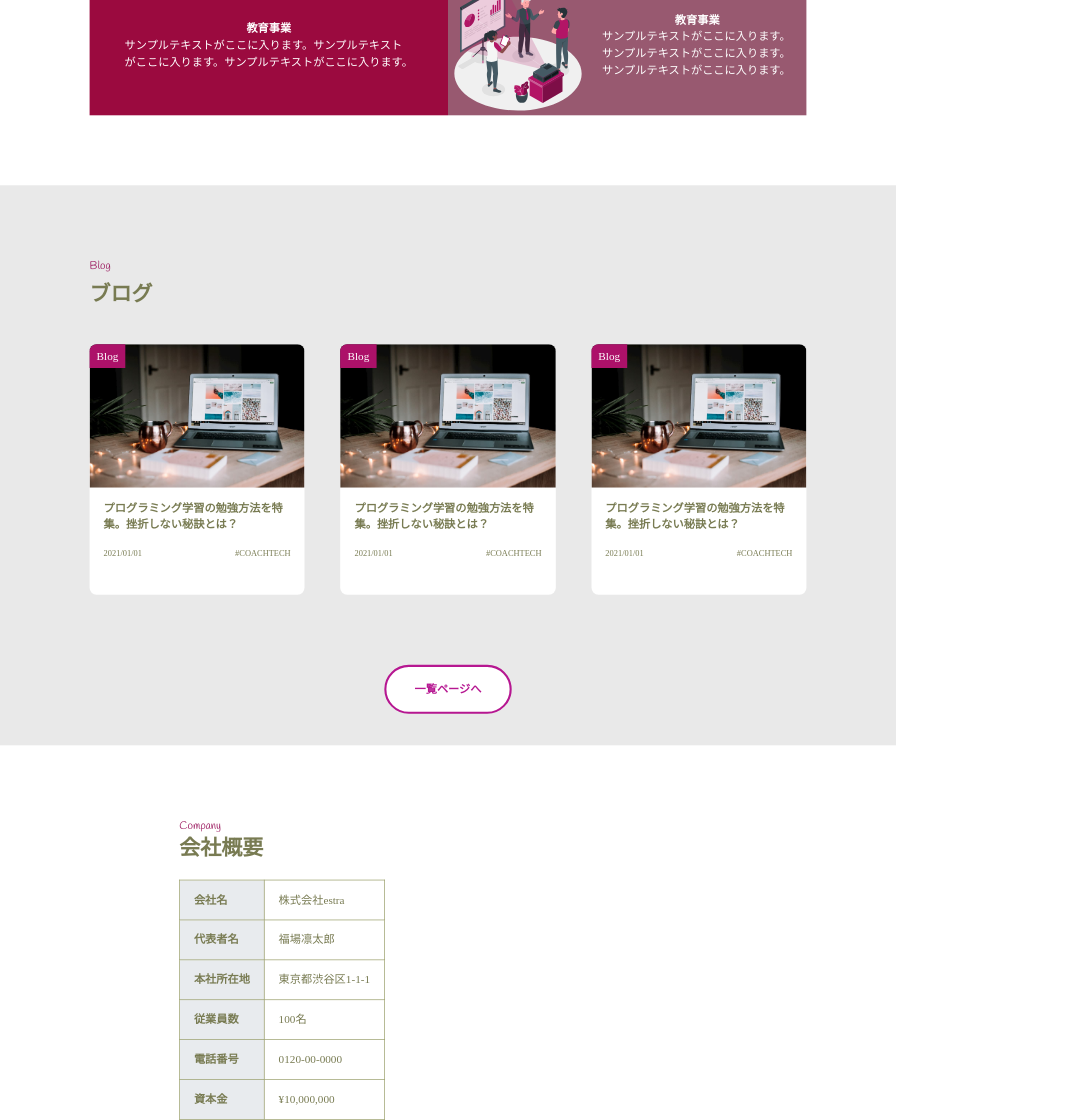
Repository: masanarimiura/20220504miura
Page: index.html
The author's editor kept a copy of each file at every save. The page is drawn from the files as they stood at one save, then again after a run of saves.
The browser window is 1280 px wide. The page is 1536 px wide, so the pictures cover 1536 px, including what lies to the right of the window. The pictures show the part of the page from y = 2154 to 3754 px (the page is 3754 px tall), at 70% of full size.
Some web fonts or font styles are not loaded; a fallback is used.

Above is the page before, as saved 2022-05-05 01:02:59.

After the next 2 saves:
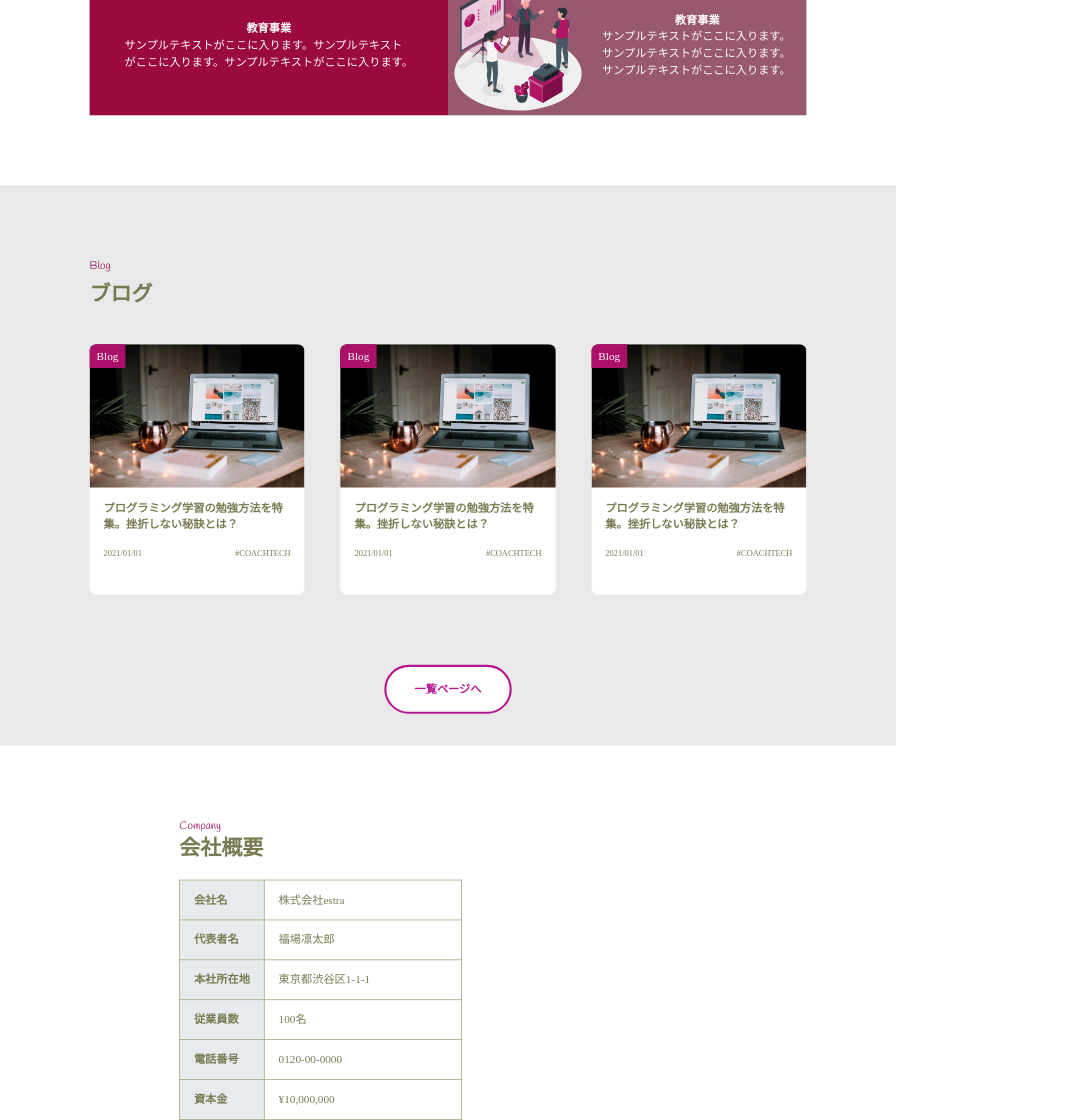
The 2 saves are shown as one change because they came seconds apart.
The last was saved 18 s later.
--- a/css/style.css
+++ b/css/style.css
@@ -277,7 +277,7 @@ a {
   padding: 20px;
   text-align: left;
   border: 1px solid rgb(153, 158, 105);
-  w50
+  width: 30%;
 }
 .company-tr td {
   padding: 20px;
